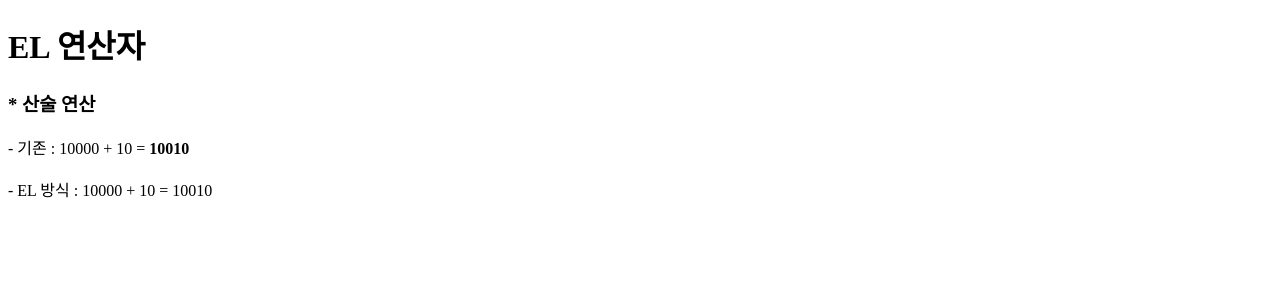
Repository: hailey-516/servlet
Page: http://localhost/3_elAction/operator.do
These files come from the project's save history. The page is drawn as it stood at one moment and after the next save; the edit follows.
The browser window is 1280 px wide. The pictures show the whole page.
The page is served by Tomcat 9.

Above is the page before, as saved 2024-08-26 05:08:36.

After the next save:
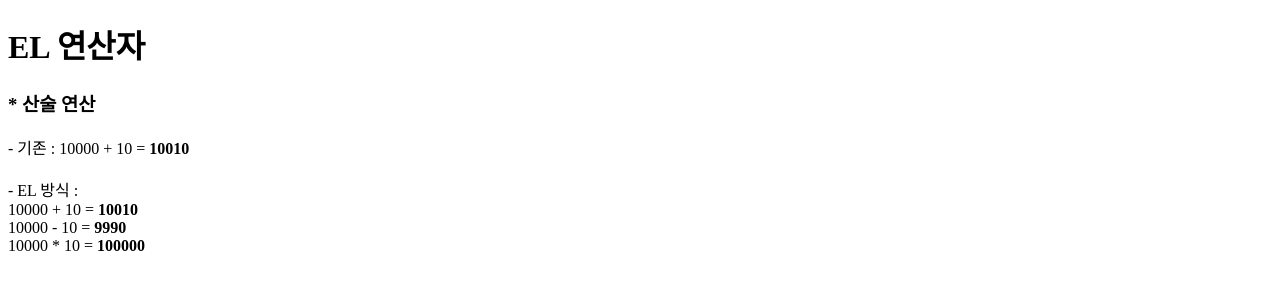
Saved 105 s later.
--- a/3_elAction/src/main/webapp/views/1_EL/02_elOperator.jsp
+++ b/3_elAction/src/main/webapp/views/1_EL/02_elOperator.jsp
@@ -13,7 +13,11 @@
 	- 기존 : 10000 + 10 = <b><%= (int)request.getAttribute("big") + (int)request.getAttribute("small") %></b>
 	<br><br>
 
-	- EL 방식 : 10000 + 10 = ${ big + small }
+	- EL 방식 : <br>
+	10000 + 10 = <b>${ big + small }</b> <br>
+	10000 - 10 = <b>${ big - small }</b> <br>
+	10000 * 10 = <b>${ big * small }</b> <br>
+
 
 </body>
 </html>
